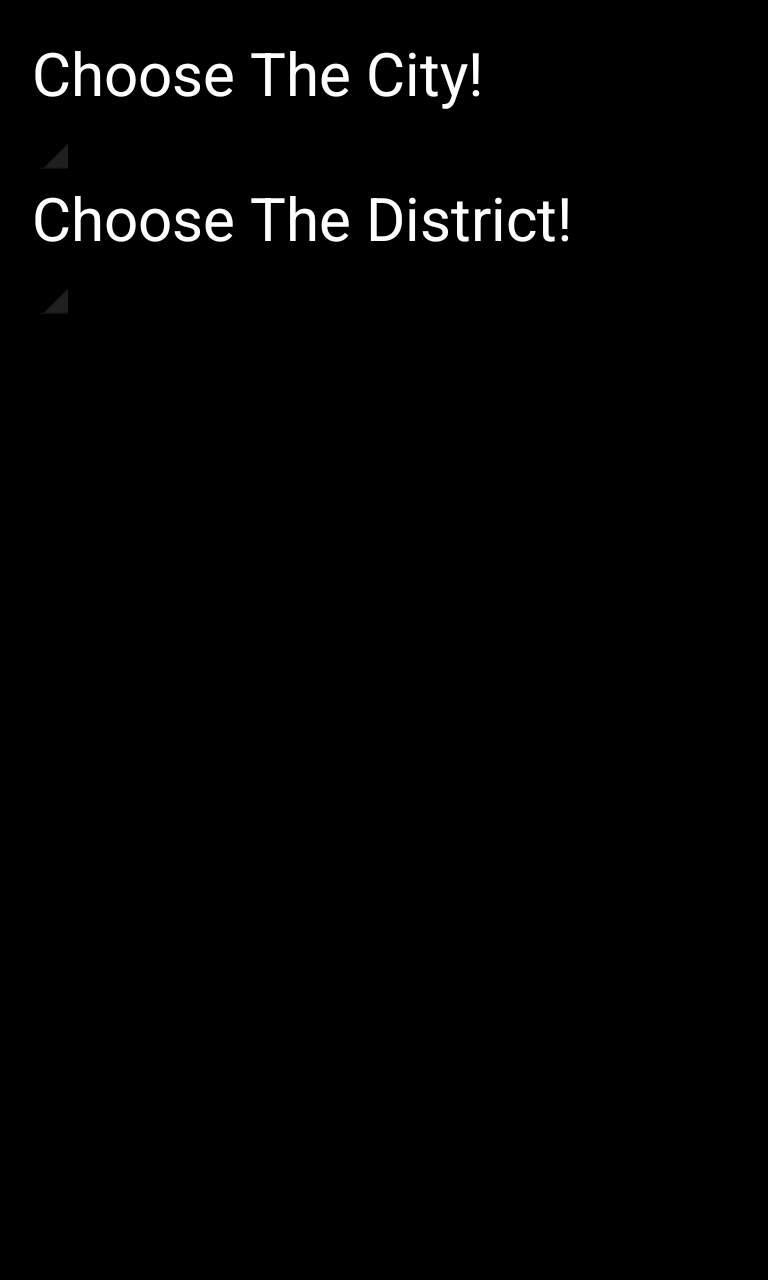
Repository: FreeGeng/2014NCU-Algorithm
Layout: Android_lookForCoffee/res/layout/look_for_coffee_gui.xml
An editor plug-in stored every save of this project. The layout is shown before and after the next save, followed by the edit.
It is drawn on a 768 x 1280 px phone screen (xhdpi) without system bars, with theme AppTheme; the app's code is not run.

Above is the layout before, as saved 2014-12-04 16:54:35.

After the next save:
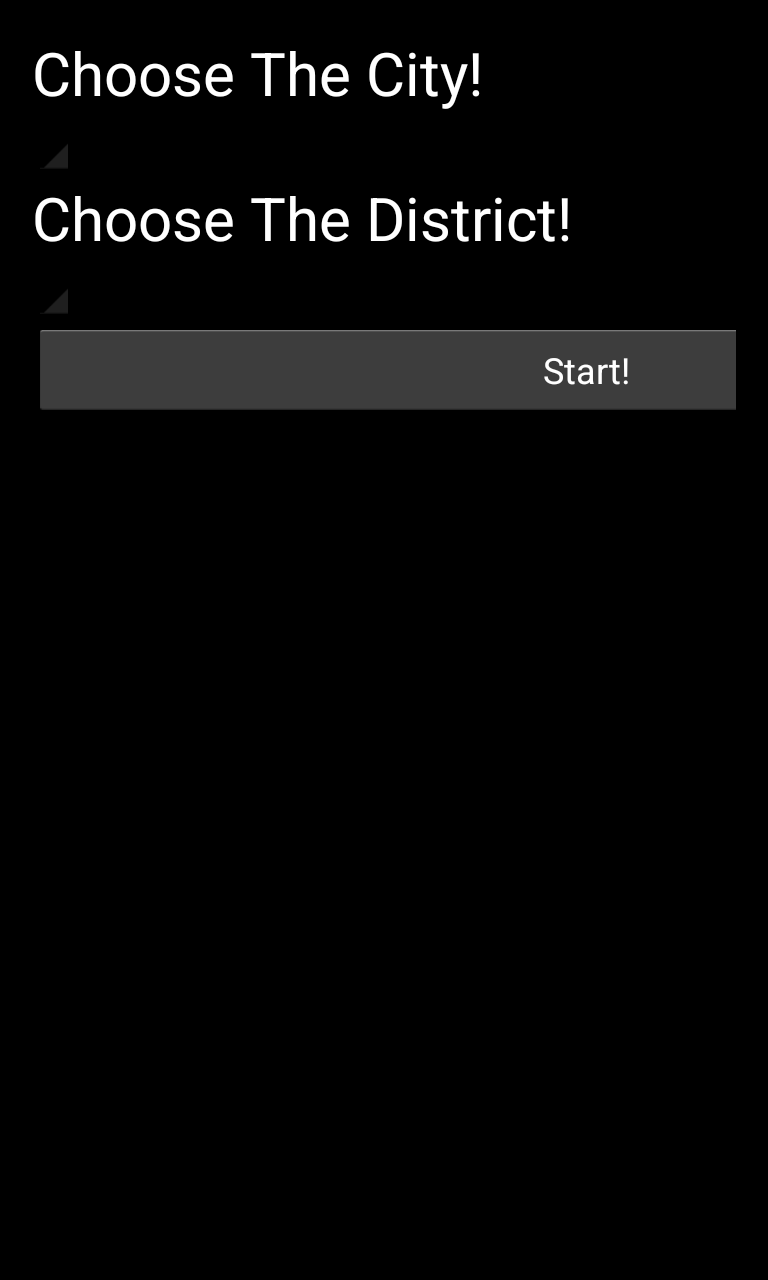
Saved 46 s later.
--- a/Android_lookForCoffee/res/layout/look_for_coffee_gui.xml
+++ b/Android_lookForCoffee/res/layout/look_for_coffee_gui.xml
@@ -17,7 +17,7 @@
         android:layout_height="wrap_content"
         android:text="@string/homePageText1"
         android:textColor="#FFFFFF"
-        android:textSize="30dp"/>
+        android:textSize="30dp" />
 
     <Spinner
         android:id="@+id/spinner1"
@@ -30,11 +30,18 @@
         android:layout_height="wrap_content"
         android:text="@string/homePageText2"
         android:textColor="#FFFFFF"
-        android:textSize="30dp"/>
+        android:textSize="30dp" />
 
     <Spinner
         android:id="@+id/spinner2"
         android:layout_width="wrap_content"
         android:layout_height="wrap_content" />
 
+    <Button
+        android:id="@+id/button1"
+        android:layout_width="554dp"
+        android:layout_height="wrap_content"
+        android:text="@string/homePageButton1"
+        android:textColor="#FFFFFF" />
+
 </LinearLayout>
